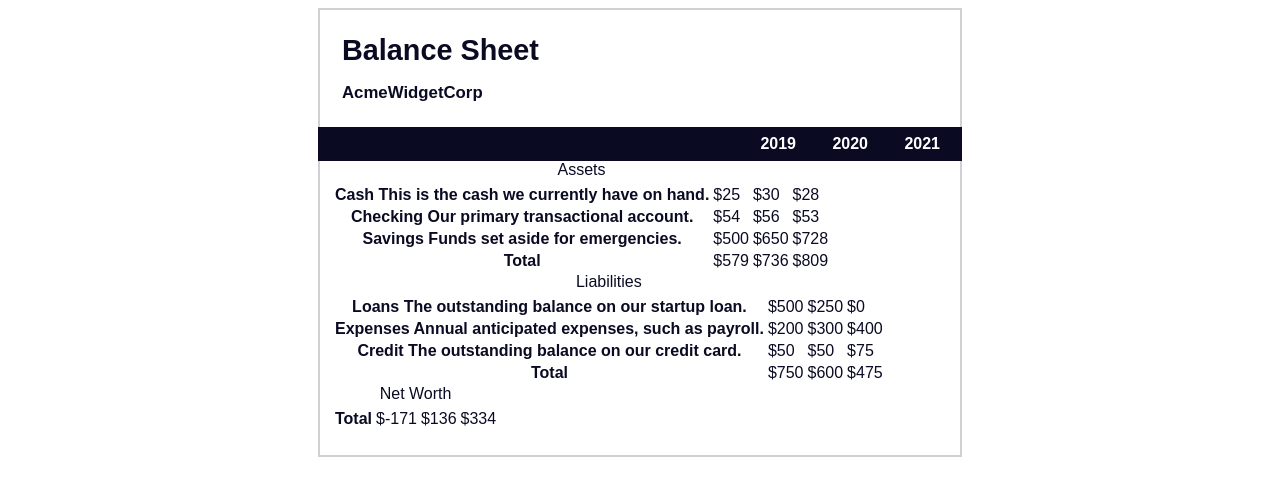
Repository: cipdanila/freeCodeCamp
Page: BalanceSheet/index.html
These files come from the project's save history. The page is drawn as it stood at one moment and after the next save; the edit follows.
The browser window is 1280 px wide. The pictures show the whole page.

Above is the page before, as saved 2023-10-19 19:15:46.

After the next save:
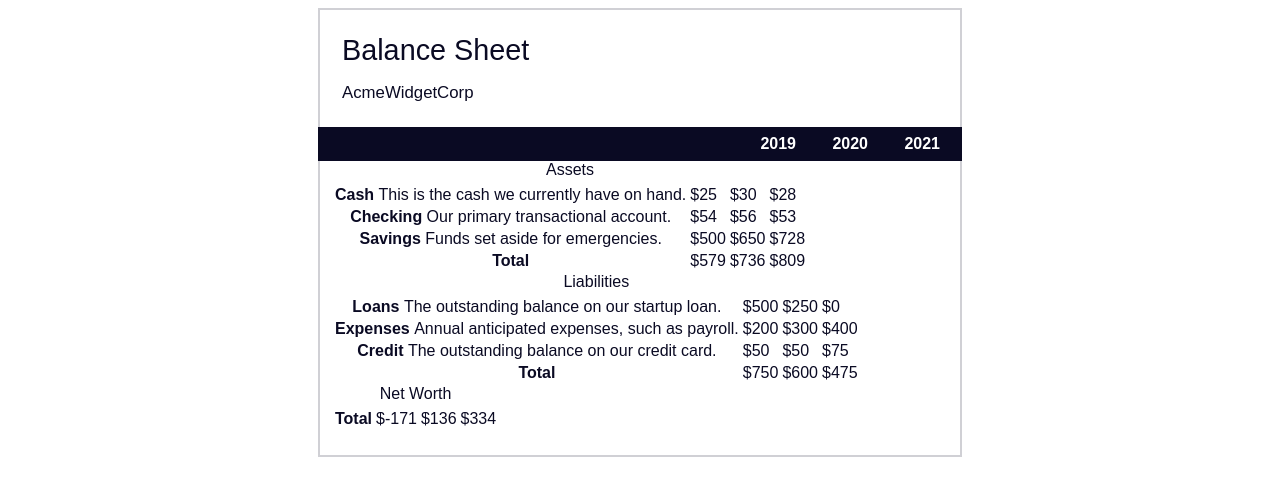
Saved 9 s later.
--- a/BalanceSheet/styles.css
+++ b/BalanceSheet/styles.css
@@ -69,4 +69,6 @@ section {
     padding: 0 0.75rem 1.5rem 0.75rem;
 }
 
-span:not(.sr-only) {}
+span:not(.sr-only) {
+    font-weight: normal;
+}
